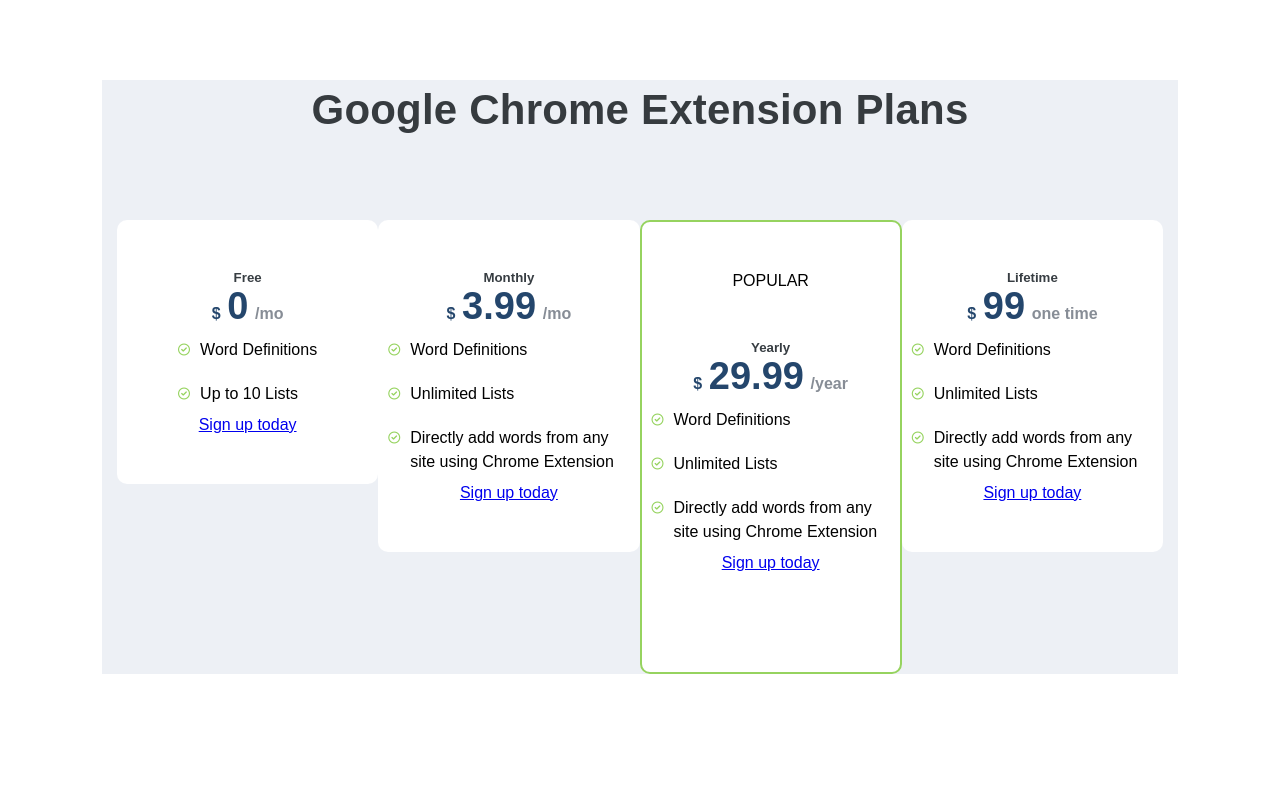
Repository: Novoselets28/chatos-test-task
Page: index.html
These files come from the project's save history. The page is drawn as it stood at one moment and after the next save; the edit follows.
The browser window is 1280 px wide. The pictures show the whole page.

Above is the page before, as saved 2023-04-19 19:43:37.

### index.html
<!DOCTYPE html>
<html lang="en">
<head>
    <meta charset="UTF-8">
    <meta http-equiv="X-UA-Compatible" content="IE=edge">
    <meta name="viewport" content="width=device-width, initial-scale=1.0">
    <link rel="stylesheet" type="text/css" href="index.css" />
    <link rel="stylesheet" href="https://cdnjs.cloudflare.com/ajax/libs/font-awesome/6.0.0/css/all.min.css">
    <link rel="preconnect" href="https://fonts.googleapis.com">
    <link rel="preconnect" href="https://fonts.gstatic.com" crossorigin>
    <link href="https://fonts.googleapis.com/css2?family=Arimo:wght@400;700&family=Rubik&display=swap" rel="stylesheet">
    <title>Document</title>
</head>
<body>
    <div class="page__extension extension">
        <div class="extension__container _container">
            <div class="extension__header header-block">
                <h2 class="header-block__title">Google Chrome Extension Plans</h2>
            </div>
            <div class="extension__items">
                <!-- Modern pricing table - Free -->
                <div class="extension__item item-extension">
                        <h5 class="item-extension__title">Free</h5>
                        <div class="item-extension__price price-item">
                            <span class="price-item__dollar">$</span>
                            <span class="price-item__number">0</span>
                            <span class="price-item__label">/mo</span>
                        </div>
                        <div class="item-extension__points">
                            <ul class="item-extension__point point-list">
                                <li class="point-list__item">
                                    <i class="icon fa-regular fa-circle-check" style="color: #96d35f;"></i>
                                        Word Definitions
                                </li>
                                <li class="point-list__item">
                                    <i class="icon fa-regular fa-circle-check" style="color: #96d35f;"></i>
                                        Up to 10 Lists
                                </li>
                            </ul>
                        </div>
                        <a href="https://boostvocab.com/register" class="item-extension__button">Sign up today</a>
                </div>
                <!-- END : Modern pricing table - Free -->
                <!-- Modern pricing table - MOnthly -->
                <div class="extension__item item-extension">
                        <h5 class="item-extension__title">Monthly</h5>
                        <div class="item-extension__price price-item">
                            <span class="price-item__dollar">$</span>
                            <span class="price-item__number">3.99</span>
                            <span class="price-item__label">/mo</span>
                        </div>
                        <div class="item-extension__points">
                            <ul class="item-extension__point point-list">
                                <li class="point-list__item">
                                    <i class="icon fa-regular fa-circle-check" style="color: #96d35f;"></i>
                                        Word Definitions
                                </li>
                                <li class="point-list__item">
                                    <i class="icon fa-regular fa-circle-check" style="color: #96d35f;"></i>
                                        Unlimited Lists
                                </li>
                                <li class="point-list__item">
                                    <i class="icon fa-regular fa-circle-check" style="color: #96d35f;"></i>
                                        Directly add words from any site using Chrome Extension
                                </li>
                            </ul>
                        </div>
                        <a target="new" href="https://buy.stripe.com/5kAdRpbLh3k71RS6oo" class="item-extension__button">Sign up today</a>
                </div>
                <!-- END : Modern pricing table - Monthly -->
                <!-- Modern pricing table - Yearly -->
                <div class="extension__item item-extension item-extension_active" style="z-index: 2;">
                        <div class="ribbon"><span>POPULAR</span></div>
                        <div class="extension__item item-extension">
                            <h5 class="item-extension__title">Yearly</h5>
                            <div class="item-extension__price price-item">
                                <span class="price-item__dollar">$</span>
                                <span class="price-item__number">29.99</span>
                                <span class="price-item__label">/year</span>
                            </div>
                            <div class="item-extension__points">
                               <ul class="item-extension__point point-list">
                                    <li class="point-list__item">
                                        <i class="icon fa-regular fa-circle-check" style="color: #96d35f;"></i>
                                            Word Definitions
                                    </li>
                                    <li class="point-list__item">
                                        <i class="icon fa-regular fa-circle-check" style="color: #96d35f;"></i>
                                            Unlimited Lists
                                    </li>
                                    <li class="point-list__item">
                                        <i class="icon fa-regular fa-circle-check" style="color: #96d35f;"></i>
                                            Directly add words from any site using Chrome Extension
                                    </li>
                                </ul>
                            </div>
                            <a target="new" href="https://buy.stripe.com/aEU6oX3eL6wjdAA7st" class="item-extension__button">Sign up today</a>
                        </div>
                </div>
                <!-- END : Modern pricing table - Yearly -->
                <!-- Modern pricing table - Lifetime -->
                <div class="extension__item item-extension">
                        <h5 class="item-extension__title">Lifetime</h5>
                        <div class="item-extension__price price-item">
                            <span class="price-item__dollar">$</span>
                            <span class="price-item__number">99</span>
                            <span class="price-item__label">one time</span>
                        </div>
                        <div class="item-extension__points">
                            <ul class="item-extension__point point-list">
                                <li class="point-list__item">
                                    <i class="icon fa-regular fa-circle-check" style="color: #96d35f;"></i>
                                        Word Definitions
                                </li>
                                <li class="point-list__item">
                                    <i class="icon fa-regular fa-circle-check" style="color: #96d35f;"></i>
                                        Unlimited Lists
                                </li>
                                <li class="point-list__item">
                                    <i class="icon fa-regular fa-circle-check" style="color: #96d35f;"></i>
                                        Directly add words from any site using Chrome Extension
                                </li>
                            </ul>
                        </div>
                        <a target="new" href="https://buy.stripe.com/4gwfZxbLh8Er54428a" class="item-extension__button">Sign up today</a>
                    <!-- END : Modern pricing table - Lifetime -->

                </div>
            </div>
        </div>
    </div>
</body>
</html>

### index.css
*{
    margin: 0;
    padding: 0;
    box-sizing: border-box;
}

.page__extension {

}

.extension{
    padding: 80px 0px 136px 0px;
}

.extension__container{
    background-color: #edf0f5;
}

._container{
    max-width: 1046px;
    padding: 0 15px;
    margin: 0 auto;
    box-sizing: content-box;
    font-family: 'Arimo', sans-serif;
}

.extension__header{
    margin: 0 0 80px 0;
}

.header-block{
    text-align: center;
}

.header-block__title{
    font-size: 42px;
    letter-spacing: 0.2px;
    font-weight: 700;
    line-height: 142%;
    color: #363b3f;
}

.extension__items{
    display: flex;
    align-items: flex-start;
    font-family: inherit;
}

.extension__item{
    flex: 0 1 33.333%;
}

.item-extension{
    display: flex;
    flex-direction: column;
    justify-content: center;
    align-items: center;
    background-color: #fff;
    padding: 50px 0;
    border-radius: 10px;
}

.item-extension_active{
    border: 2px solid #96d35f;
}

.item-extension__title{
    color: #373d42;
}

.item-extension__price{
    color: #24466c;
}

.price-item{
    margin: 0;
    font-size: 24px;
    font-family: 'Poppins', sans-serif;
    font-weight: bold;
}

.price-item__dollar{
    font-size: 16px;
}

.price-item__number{
    text-transform: uppercase;
    font-size: 38px;
}

.price-item__label{
    color: #878d96;
    font-size: 16px;
}

.item-extension__points{
    display: flex;
    flex-direction: column;
    justify-content: center;
    align-items: center;
    margin: 0 10px;
}

.item-extension__point{
    color: inherit;
    font-weight: 400;
    line-height: 150%;
    font-size: 16px;
    display: flex;
    flex-direction: column;
    justify-content: space-around;
    align-items: center;
}

.point-list{

}

.point-list__item .icon{
    content: "f058";
    font-family: "Font Awesome 6 Free";
    font-size: 12px;
    line-height: 2;
    padding: 0 10px 0 0;
}

.point-list__item{
    list-style-type: none;
    display: flex;
    justify-content: flex-start;
    width: 100%;
    padding: 10px 0;
}

.point-list__icon{

}

.item-extension__button{

}

After the next save:
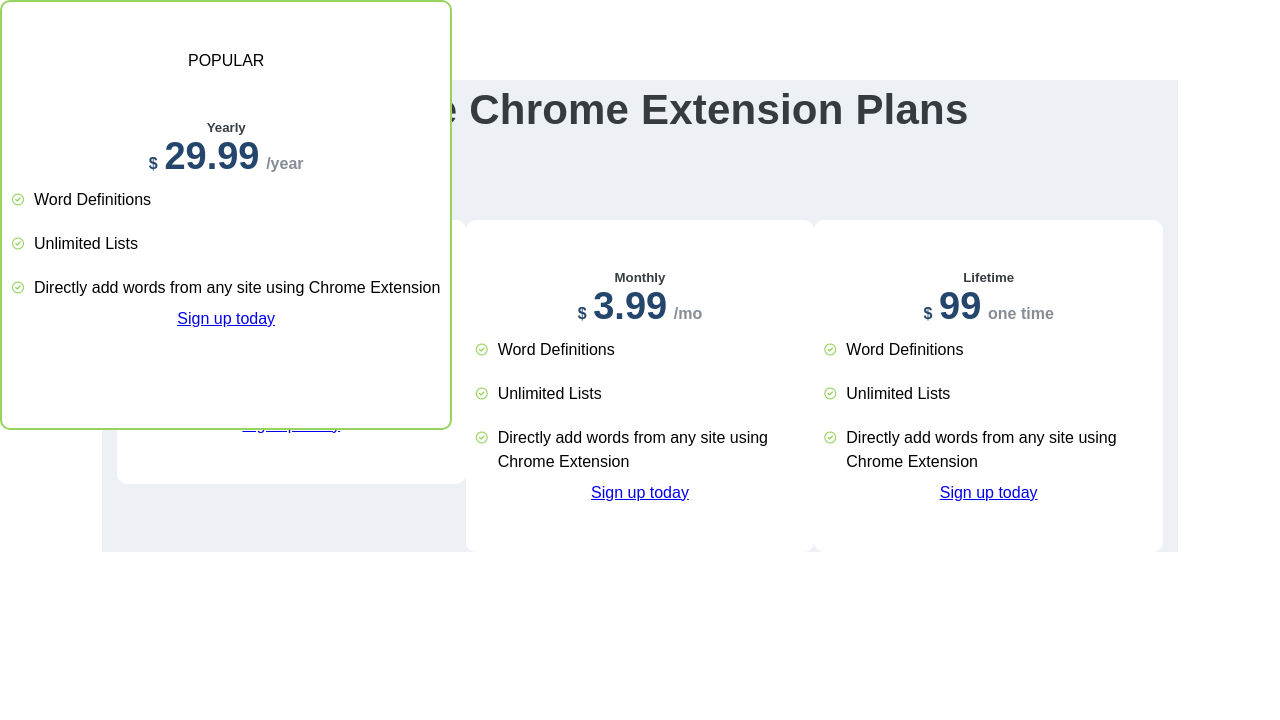
Saved 4 min 12 s later.
--- a/index.css
+++ b/index.css
@@ -62,6 +62,9 @@
 
 .item-extension_active{
     border: 2px solid #96d35f;
+    left: 0px;
+    position: absolute;
+    top: 0px;
 }
 
 .item-extension__title{
